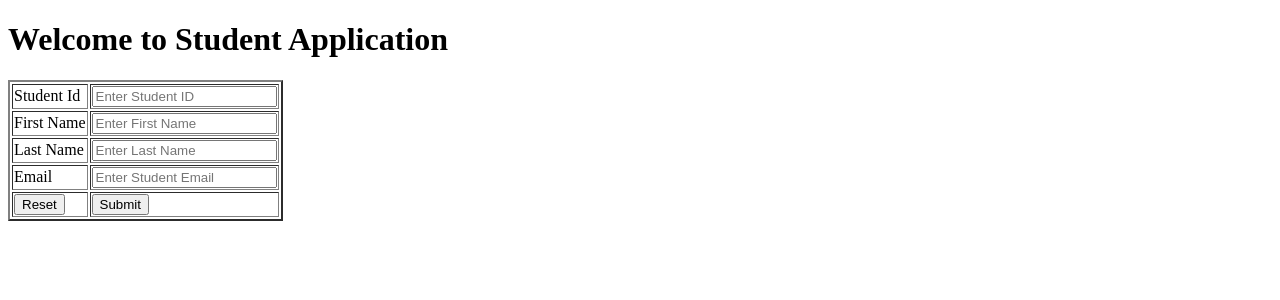
Repository: pathanking/srkr
Page: student-app/src/main/webapp/add-student.htm
The author's editor kept a copy of each file at every save. The page is drawn from the files as they stood at one save, then again after the next save.
The browser window is 1280 px wide. The pictures show the whole page.

Above is the page before, as saved 2023-06-14 09:46:46.

### student-app/src/main/webapp/add-student.htm
<!DOCTYPE html>
<html>
<head>
<meta charset="windows-1256">
<title>Add Student</title>
</head>
<body>
	<h1>Welcome to Student Application</h1>

	<form action="">
		<table border="2px solid black">
			<tr>
				<td>Student Id</td>
				<td><input type="number" name="stdid" placeholder="Enter Student ID"> </td>
			</tr>
			<tr>
				<td>First Name</td>
				<td><input type="text" name="firstnm" placeholder="Enter First Name"> </td>
			</tr>
			<tr>
				<td>Last Name</td>
				<td><input type="text" name="lastnm" placeholder="Enter Last Name"></td>
			</tr>
			<tr>
				<td>Email</td>
				<td><input type="email" name="email" placeholder="Enter Student Email"></td>
			</tr>

			<tr>
				<td> <button type="reset">Reset</button> </td>
				<td> <button type="submit">Submit</button>
				</td>
			</tr>
		</table>
	</form>


</body>
</html>

After the next save:
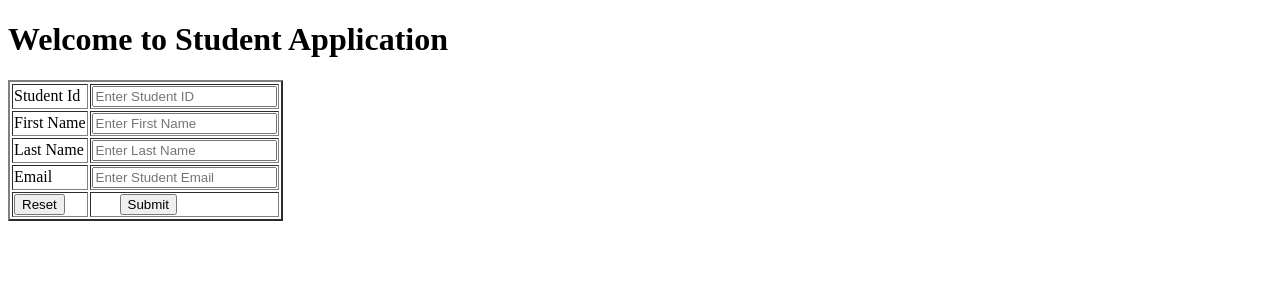
Saved 25 s later.
--- a/student-app/src/main/webapp/add-student.htm
+++ b/student-app/src/main/webapp/add-student.htm
@@ -11,24 +11,31 @@
 		<table border="2px solid black">
 			<tr>
 				<td>Student Id</td>
-				<td><input type="number" name="stdid" placeholder="Enter Student ID"> </td>
+				<td><input type="number" name="stdid"
+					placeholder="Enter Student ID"></td>
 			</tr>
 			<tr>
 				<td>First Name</td>
-				<td><input type="text" name="firstnm" placeholder="Enter First Name"> </td>
+				<td><input type="text" name="firstnm"
+					placeholder="Enter First Name"></td>
 			</tr>
 			<tr>
 				<td>Last Name</td>
-				<td><input type="text" name="lastnm" placeholder="Enter Last Name"></td>
+				<td><input type="text" name="lastnm"
+					placeholder="Enter Last Name"></td>
 			</tr>
 			<tr>
 				<td>Email</td>
-				<td><input type="email" name="email" placeholder="Enter Student Email"></td>
+				<td><input type="email" name="email"
+					placeholder="Enter Student Email"></td>
 			</tr>
 
 			<tr>
-				<td> <button type="reset">Reset</button> </td>
-				<td> <button type="submit">Submit</button>
+				<td>
+					<button type="reset">Reset</button>
+				</td>
+				<td>&nbsp;&nbsp;&nbsp;&nbsp;&nbsp;&nbsp;
+					<button type="submit">Submit</button>
 				</td>
 			</tr>
 		</table>
